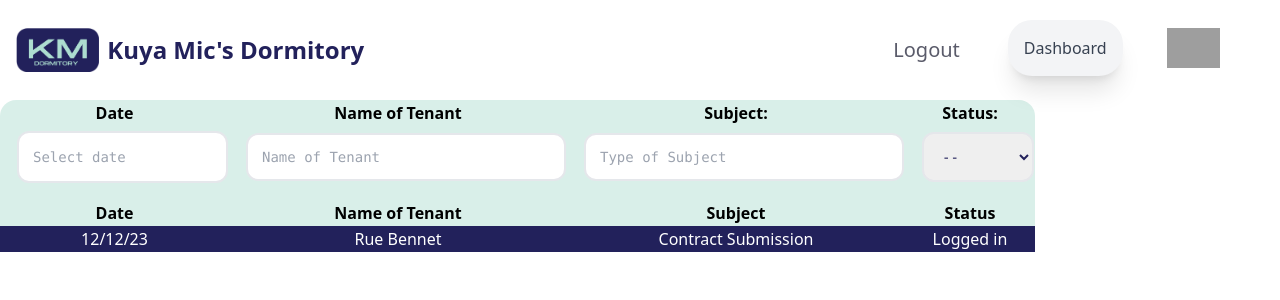
Repository: theamgri/Dormitory-Management-System
Page: logstatus.html
An editor plug-in stored every save of this project. The page is shown before and after a run of saves, followed by the edit.
The browser window is 1280 px wide. The pictures show the whole page.
Pictures or frames that could not be fetched are drawn as grey boxes. Some web libraries are served in a nearby version.

Above is the page before, as saved 2023-02-27 23:11:51.

After the next 2 saves:
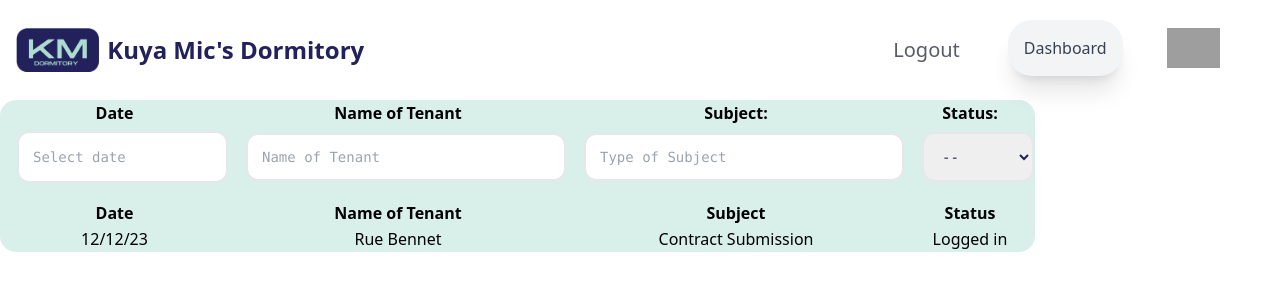
The 2 saves are shown as one change because they came seconds apart.
The last was saved 13 s later.
--- a/logstatus.html
+++ b/logstatus.html
@@ -71,7 +71,7 @@
                   </tr>
             </thead>
             <tbody>
-                <tr style="background-color: #22215B; color: white; border-radius: 1rem;">
+                <tr>
                     <td class="text-center">12/12/23</td>
                     <td class="text-center">Rue Bennet</td>
                     <td class="text-center">Contract Submission</td>
